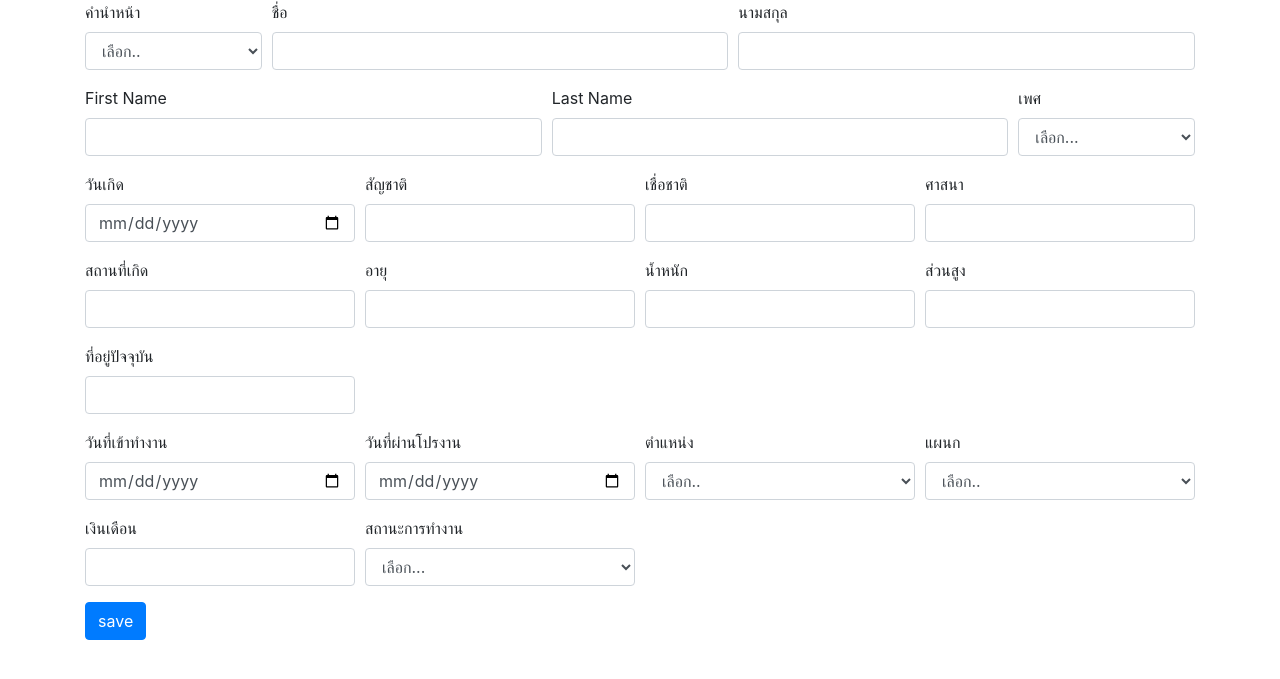
Repository: p2job/javawebapp
Page: http://localhost/demojsp/insert.jsp
The author's editor kept a copy of each file at every save. The page is drawn from the files as they stood at one save, then again after the next save.
The browser window is 1280 px wide. The pictures show the whole page.
The page is served by Tomcat 9. Queries for data that is not in the repository find no rows.

Above is the page before, as saved 2020-07-31 07:24:05.

### demojsp/WebContent/insert.jsp
<%@page contentType="text/html" pageEncoding="UTF-8"%>
<%@ page import="java.sql.*"  %>
<!DOCTYPE html>
<html>

<head>
    <meta http-equiv="Content-Type" content="text/html; charset=UTF-8">
    <meta name="viewport" content="width=device-width, initial-scale=1, shrink-to-fit=no">
    <link rel="stylesheet" href="https://stackpath.bootstrapcdn.com/bootstrap/4.5.0/css/bootstrap.min.css" integrity="sha384-9aIt2nRpC12Uk9gS9baDl411NQApFmC26EwAOH8WgZl5MYYxFfc+NcPb1dKGj7Sk" crossorigin="anonymous">
    <title>Insert Employee</title>
</head>

<body>
    <div class="container">
        <form action="insert.jsp" method="post">
            <div class="form-row">
                <div class="form-group col-md-2">
                    <label for="inputName_Prefix">คำนำหน้า</label>
                    <select id="Name_Prefix" class="form-control" name="Name_Prefix">
                        <option selected>เลือก..</option>
                        <option value="นาย">นาย</option>
                        <option value="นาง">นาง</option>
                        <option value="นางสาว">นางสาว</option>
                    </select>
                </div>
                <div class="form-group col-md-5">
                    <label for="inputFirst_Name">ชื่อ</label>
                    <input type="text" class="form-control" id="First_Name" name="First_Name">
                </div>
                <div class="form-group col-md-5">
                    <label for="inputLast_Name">นามสกุล</label>
                    <input type="text" class="form-control" id="Last_Name" name="Last_Name">
                </div>
            </div>
            <div class="form-row">
                <div class="form-group col-md-5">
                    <label for="inputFirst_Name_Eng">First Name</label>
                    <input type="text" class="form-control" id="First_Name_Eng" name="First_Name_Eng">
                </div>
                <div class="form-group col-md-5">
                    <label for="inputLast_Name_Eng">Last Name</label>
                    <input type="text" class="form-control" id="Last_Name_Eng" name="Last_Name_Eng">
                </div>
                <div class="form-group col-md-2">
                    <label for="inputSex">เพศ</label>
                    <select id="Sex" class="form-control" name="Sex">
                        <option selected>เลือก...</option>
                        <option value="M">ชาย</option>
                        <option value="F">หญิง</option>
                    </select>
                </div>
            </div>
            <div class="form-row">
                <div class="form-group col-md-3">
                    <label for="inputBirth_Date">วันเกิด</label>
                    <input type="date" class="form-control" id="Birth_Date" name="Birth_Date">
                </div>
                <div class="form-group col-md-3">
                    <label for="inputPhone_Number">สัญชาติ</label>
                    <input type="text" class="form-control" id="Phone_Number" name="Phone_Number">
                </div>
                <div class="form-group col-md-3">
                    <label for="inputPhone_Number">เชื่อชาติ</label>
                    <input type="text" class="form-control" id="Phone_Number" name="Phone_Number">
                </div>
                <div class="form-group col-md-3">
                    <label for="inputPhone_Number">ศาสนา</label>
                    <input type="text" class="form-control" id="Phone_Number" name="Phone_Number">
                </div>
            </div>
            <div class="form-row">
                <div class="form-group col-md-3">
                    <label for="inputBirth_Date">สถานที่เกิด</label>
                    <input type="text" class="form-control" id="Birth_Date" name="Birth_Date">
                </div>
                <div class="form-group col-md-3">
                    <label for="inputPhone_Number">อายุ</label>
                    <input type="text" class="form-control" id="Phone_Number" name="Phone_Number">
                </div>
                <div class="form-group col-md-3">
                    <label for="inputPhone_Number">น้ำหนัก</label>
                    <input type="text" class="form-control" id="Phone_Number" name="Phone_Number">
                </div>
                <div class="form-group col-md-3">
                    <label for="inputPhone_Number">ส่วนสูง</label>
                    <input type="text" class="form-control" id="Phone_Number" name="Phone_Number">
                </div>
            </div>
            <div class="form-row">
                <div class="form-group col-md-3">
                    <label for="inputBirth_Date">ที่อยู่ปัจจุบัน</label>
                    <input type="text" class="form-control" id="Birth_Date" name="Birth_Date">
                </div>
            </div>
            <div class="form-row">
                <div class="form-group col-md-3">
                    <label for="inputHire_Date">วันที่เข้าทำงาน</label>
                    <input type="date" class="form-control" id="Hire_Date" name="Hire_Date">
                </div>
                <div class="form-group col-md-3">
                    <label for="inputProbation_Date">วันที่ผ่านโปรงาน</label>
                    <input type="date" class="form-control" id="Probation_Date" name="Probation_Date">
                </div>
                <div class="form-group col-md-3">
                <%
	Connection connect = null;
	ResultSet rec = null;
	Statement s= null;

	try {
		Class.forName("com.mysql.jdbc.Driver");
		connect =  DriverManager.getConnection("jdbc:mysql://localhost/employee" +
				"?user=root&password=");
		s = connect.createStatement();
		String sql="SELECT * FROM position";
		rec=s.executeQuery(sql);


	} catch (Exception e) {
		// TODO Auto-generated catch block
		out.println(e.getMessage());
		e.printStackTrace();
	}

	%>
                    <label for="inputPosition_ID">ตำแหน่ง</label>
                    <select id="Position_ID" class="form-control" name="Position_ID">
                        <option selected>เลือก..</option>
                        <% while((rec!=null)&&(rec.next())) {%>
                        <option value="<%= rec.getString("Position_ID") %>"><%= rec.getString("Position_Name") %></option>
                         <% } %>
                    </select>
                </div>
                <%
	try {
		Class.forName("com.mysql.jdbc.Driver");
		connect =  DriverManager.getConnection("jdbc:mysql://localhost/employee" +
				"?user=root&password=");
		s = connect.createStatement();
		String sql="SELECT * FROM department";
		rec=s.executeQuery(sql);


	} catch (Exception e) {
		// TODO Auto-generated catch block
		out.println(e.getMessage());
		e.printStackTrace();
	}

	%>
                <div class="form-group col-md-3">
                    <label for="inputDepartment_ID">แผนก</label>
                    <select id="Department_ID" class="form-control" name="Department_ID">
                        <option selected>เลือก..</option>
                        <% while((rec!=null)&&(rec.next())) {%>
                        <option value="<%= rec.getString("Department_ID") %>"><%= rec.getString("Department_Name") %></option>
                         <% } %>
                    </select>
                </div>
            </div>
            <div class="form-row">
                <div class="form-group col-md-3">
                    <label for="inputSalary">เงินเดือน</label>
                    <input type="text" class="form-control" id="Salary" name="Salary">
                </div>
                <div class="form-group col-md-3">
                    <label for="inputStatus">สถานะการทำงาน</label>
                    <select id="Status" class="form-control" name="Status">
                        <option selected>เลือก...</option>
                        <option value="2">ทำงานอยู่</option>
                        <option value="1">พักงาน</option>
                        <option value="0">ลาออก</option>
                    </select>
                </div>
            </div>
            <button type="submit" class="btn btn-primary">save</button>
        </form>
    </div>


    <script src="https://code.jquery.com/jquery-3.5.1.slim.min.js" integrity="sha384-DfXdz2htPH0lsSSs5nCTpuj/zy4C+OGpamoFVy38MVBnE+IbbVYUew+OrCXaRkfj" crossorigin="anonymous"></script>
    <script src="https://cdn.jsdelivr.net/npm/popper.js@1.16.0/dist/umd/popper.min.js" integrity="sha384-Q6E9RHvbIyZFJoft+2mJbHaEWldlvI9IOYy5n3zV9zzTtmI3UksdQRVvoxMfooAo" crossorigin="anonymous"></script>
    <script src="https://stackpath.bootstrapcdn.com/bootstrap/4.5.0/js/bootstrap.min.js" integrity="sha384-OgVRvuATP1z7JjHLkuOU7Xw704+h835Lr+6QL9UvYjZE3Ipu6Tp75j7Bh/kR0JKI" crossorigin="anonymous"></script>
</body>

</html>

After the next save:
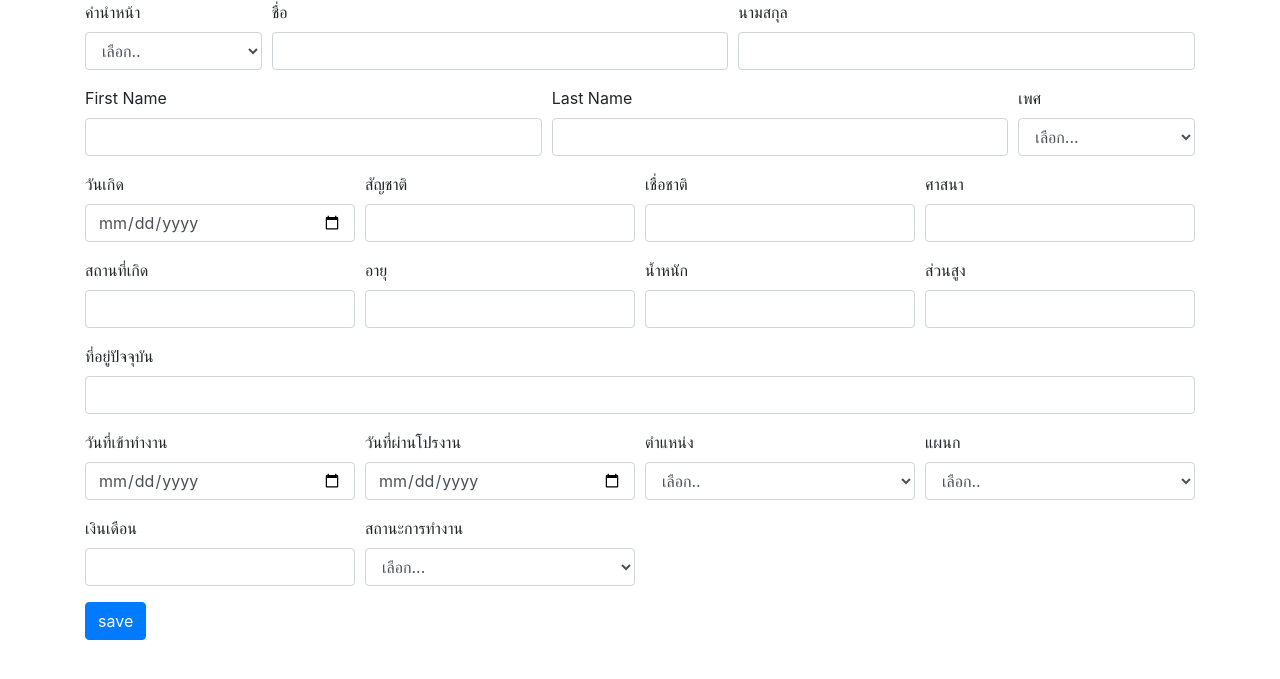
Saved 17 s later.
--- a/demojsp/WebContent/insert.jsp
+++ b/demojsp/WebContent/insert.jsp
@@ -87,7 +87,7 @@
                 </div>
             </div>
             <div class="form-row">
-                <div class="form-group col-md-3">
+                <div class="form-group col-md-12">
                     <label for="inputBirth_Date">ที่อยู่ปัจจุบัน</label>
                     <input type="text" class="form-control" id="Birth_Date" name="Birth_Date">
                 </div>
